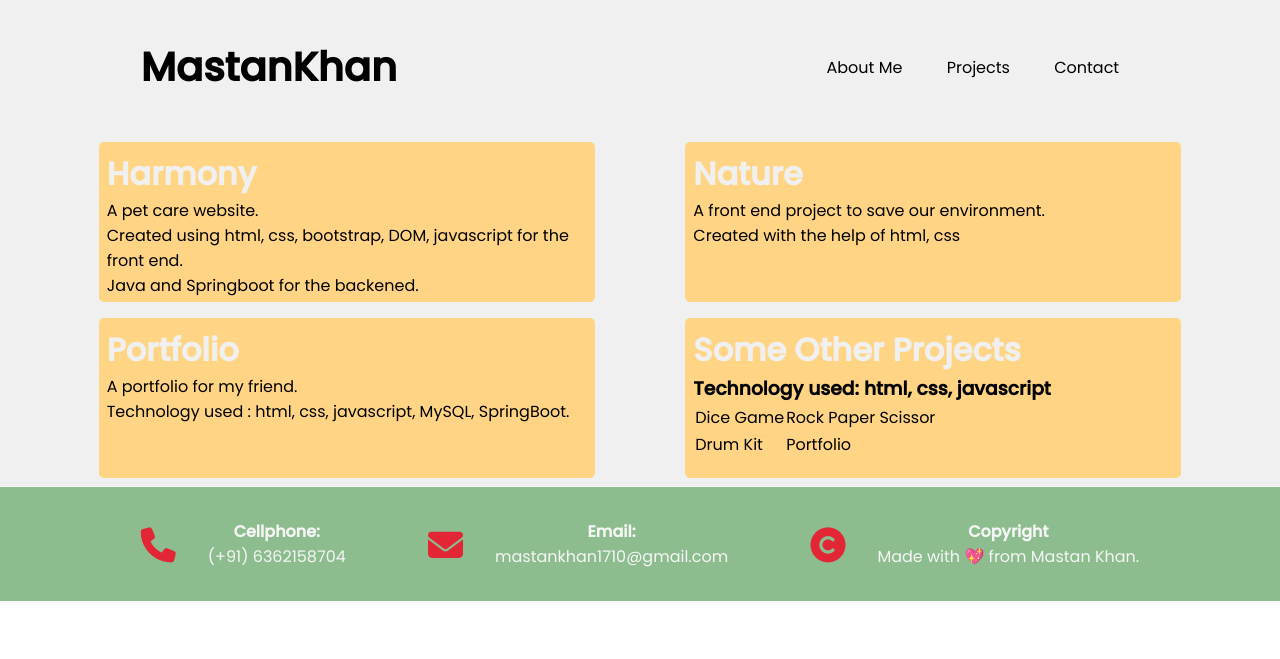
Repository: MastanKhan1/my_resume
Page: http://localhost/projects
The author's editor kept a copy of each file at every save. The page is drawn from the files as they stood at one save, then again after the next save.
The browser window is 1280 px wide. The pictures show the whole page.
Some web fonts or font styles are not loaded; a fallback is used. The page is this project's Thymeleaf template; nobody is signed in. The template is opened directly, without the code that normally fills it, so the values that code supplies are empty.

Above is the page before, as saved 2023-10-06 07:16:20.

After the next save:
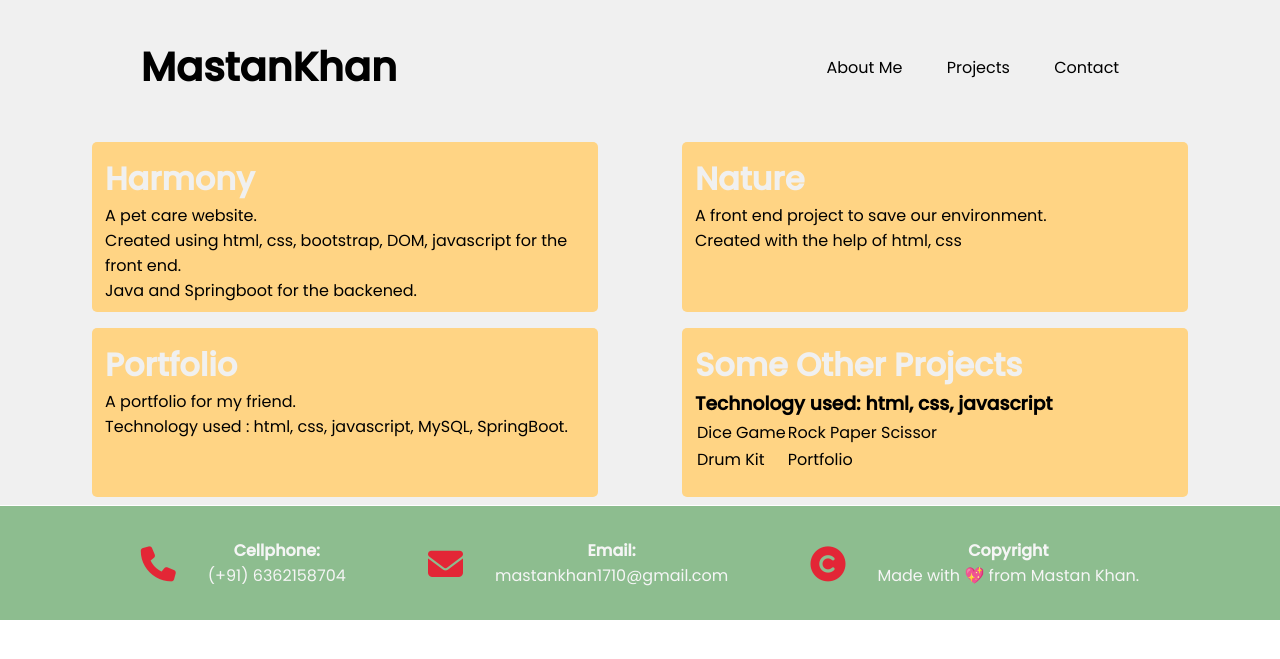
Saved 13 s later.
--- a/portfolio/src/main/resources/static/styles.css
+++ b/portfolio/src/main/resources/static/styles.css
@@ -243,7 +243,7 @@ i{
     width: 30rem;
     height: 9rem;
     margin: 0.5rem;
-    padding: 0.5rem;
+    padding: 0.8rem;
     border-radius: 5px;
     /* background-image: linear-gradient(to bottom, #FFA500, #ffca68); */
     background-color: #ffd484;
